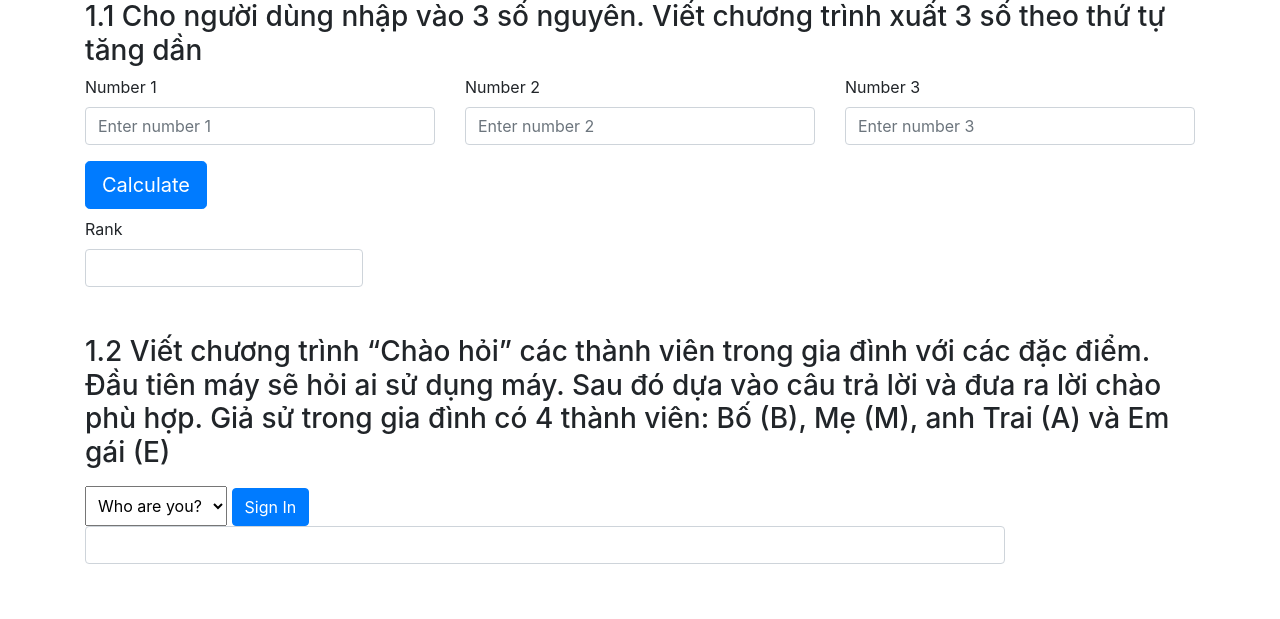
Repository: baobaodeveloper/bootscamp21__jsbasic__HuynhAnhBao
Page: index.html
The author's editor kept a copy of each file at every save. The page is drawn from the files as they stood at one save, then again after the next save.
The browser window is 1280 px wide. The pictures show the whole page.

Above is the page before, as saved 2022-03-10 18:34:34.

After the next save:
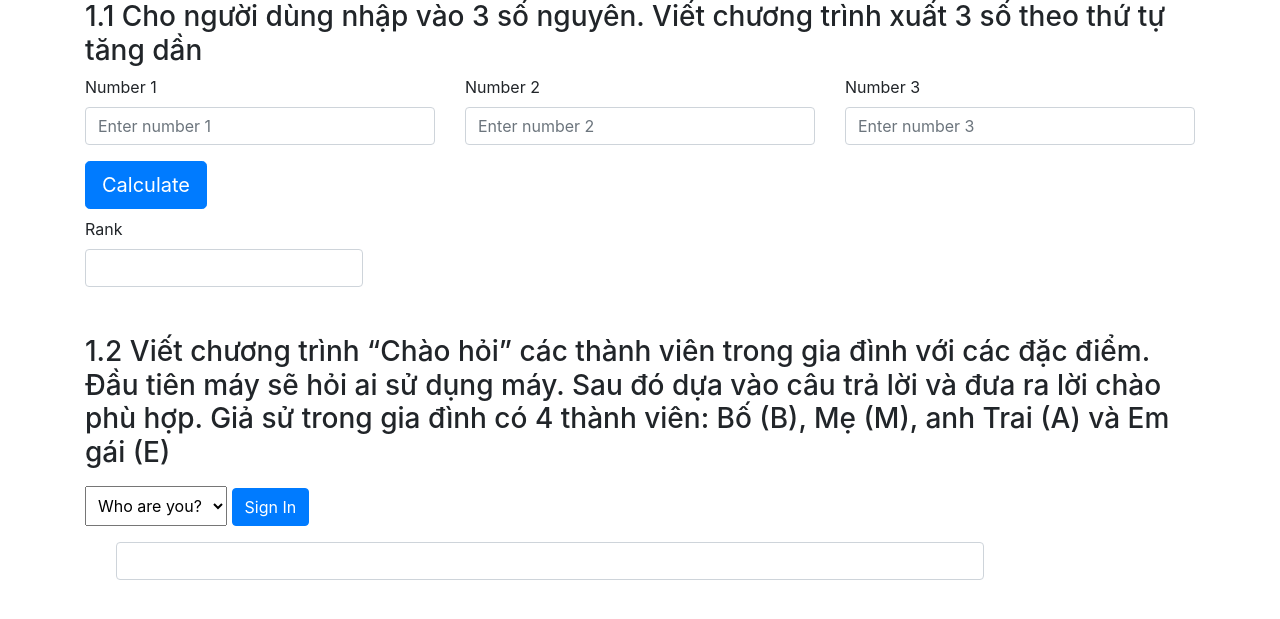
Saved 13 s later.
--- a/index.html
+++ b/index.html
@@ -83,7 +83,7 @@
 
       <button type="button" class="btn btn-primary">Sign In</button>
 
-      <div class="mb-3 row">
+      <div class="m-3 row">
         <div class="col-sm-10">
           <input type="password" class="form-control" id="inputPassword" />
         </div>
